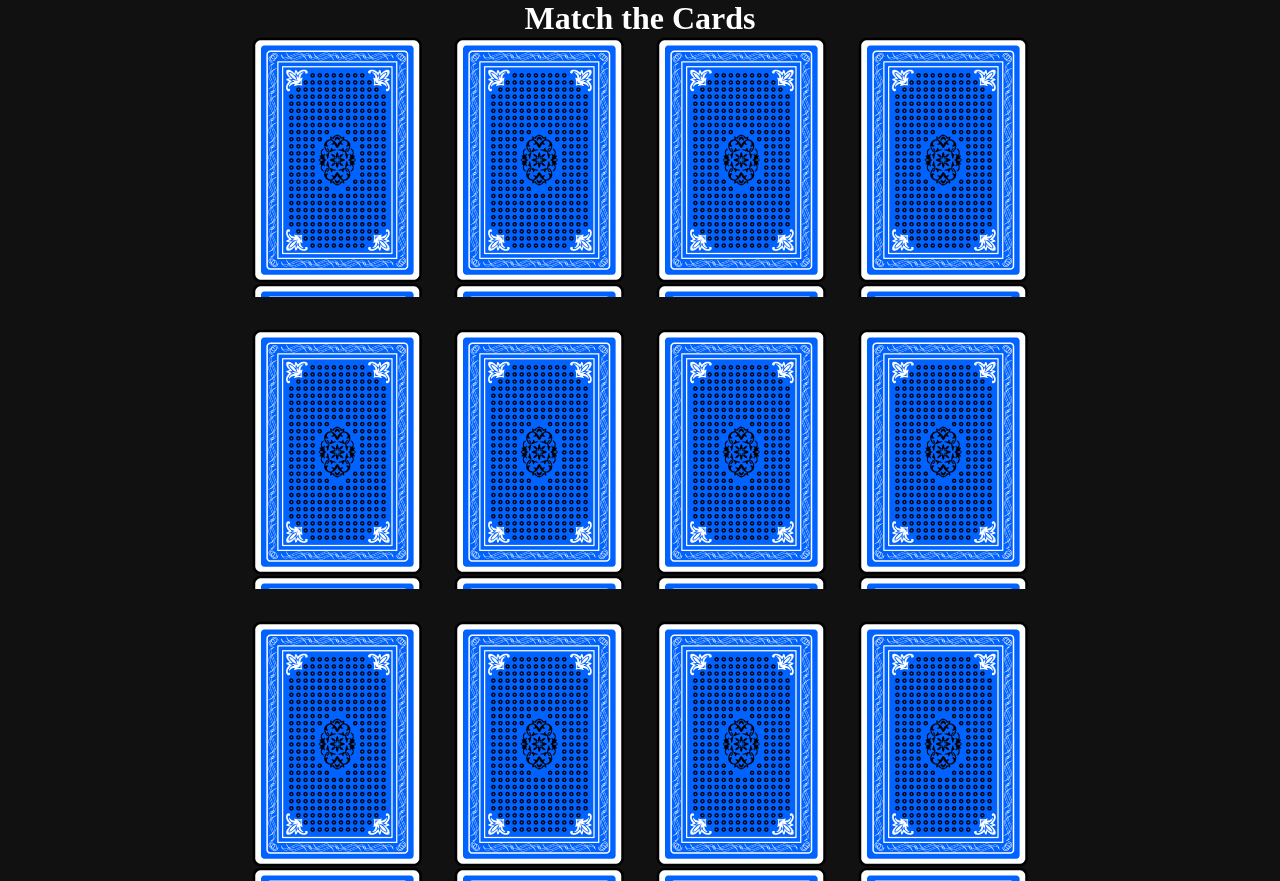
Repository: ThisIsSahaj/Js-Games
Page: MemoryCards/index.html
An editor plug-in stored every save of this project. The page is shown before and after the next save, followed by the edit.
The browser window is 1280 px wide. The pictures show the whole page.

Above is the page before, as saved 2024-05-16 15:55:01.

After the next save:
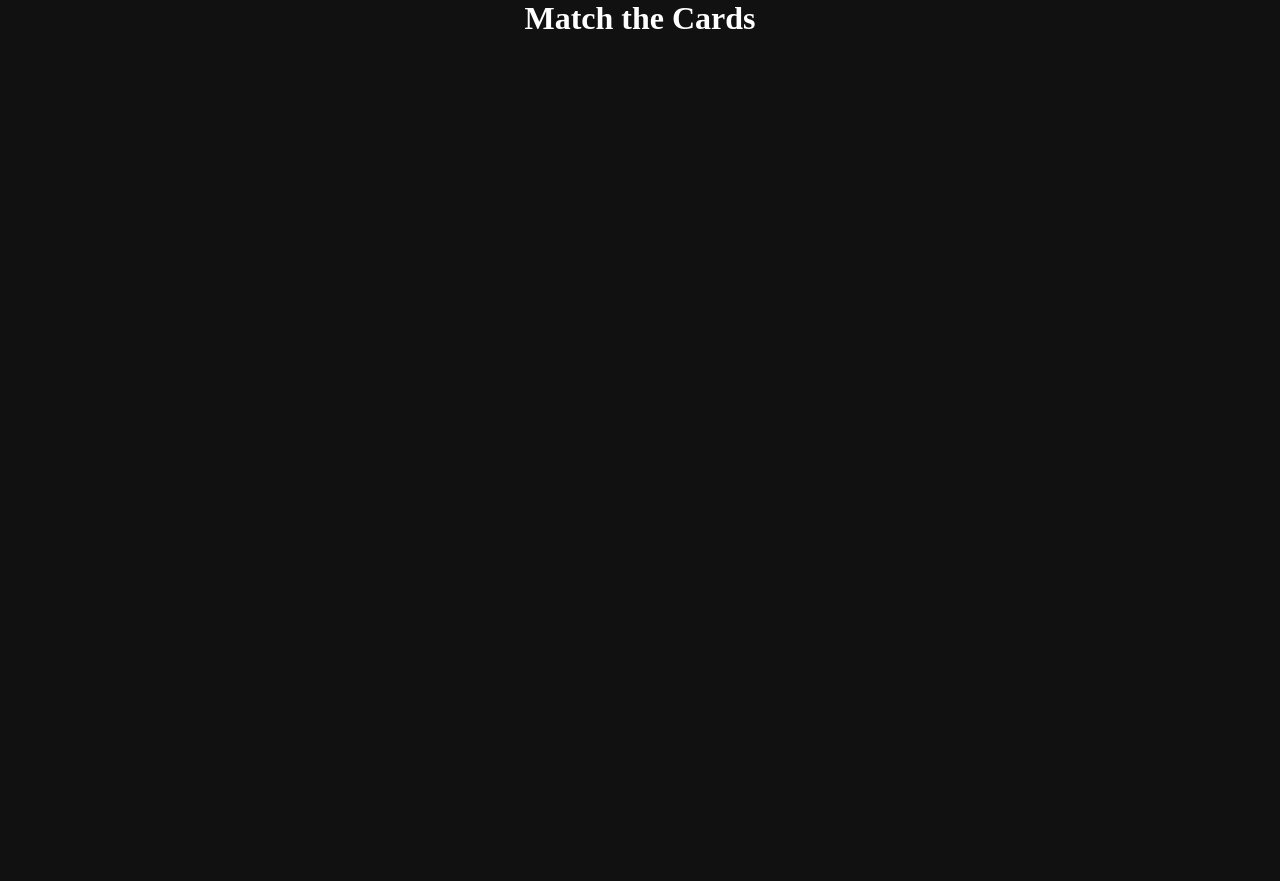
Not found: MemoryCards/images/back2.png
Saved 9 min 4 s later.
--- a/MemoryCards/style.css
+++ b/MemoryCards/style.css
@@ -56,7 +56,7 @@
  /* border: 2px solid white; */
  background-size: contain;
  background-repeat: no-repeat;
- background: url(images/back.png);
+ background: url(images/back2.png);
 }
 
 .cardFront{

After the save that followed:
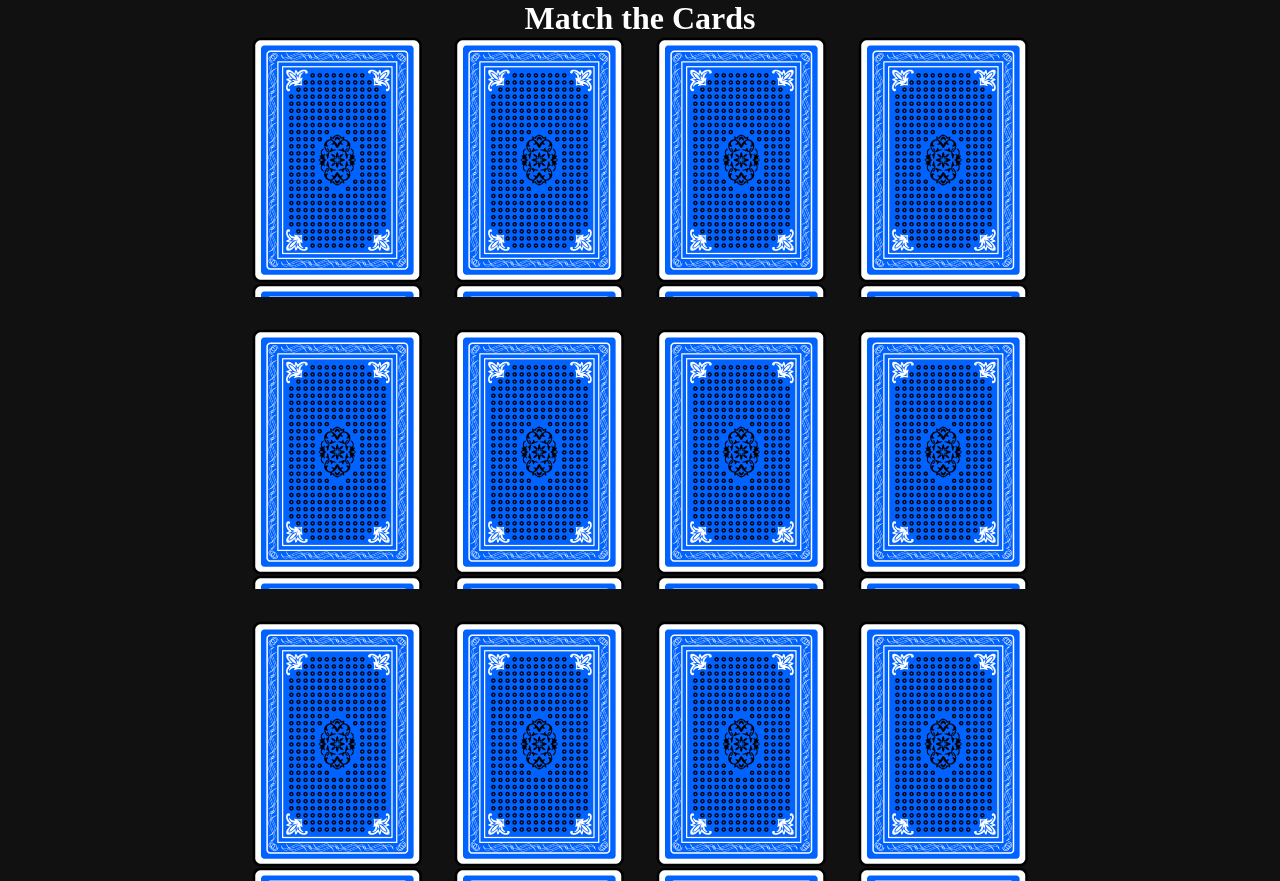
Saved 36 s later.
--- a/MemoryCards/style.css
+++ b/MemoryCards/style.css
@@ -56,7 +56,7 @@
  /* border: 2px solid white; */
  background-size: contain;
  background-repeat: no-repeat;
- background: url(images/back2.png);
+ background: url(images/back.png);
 }
 
 .cardFront{
